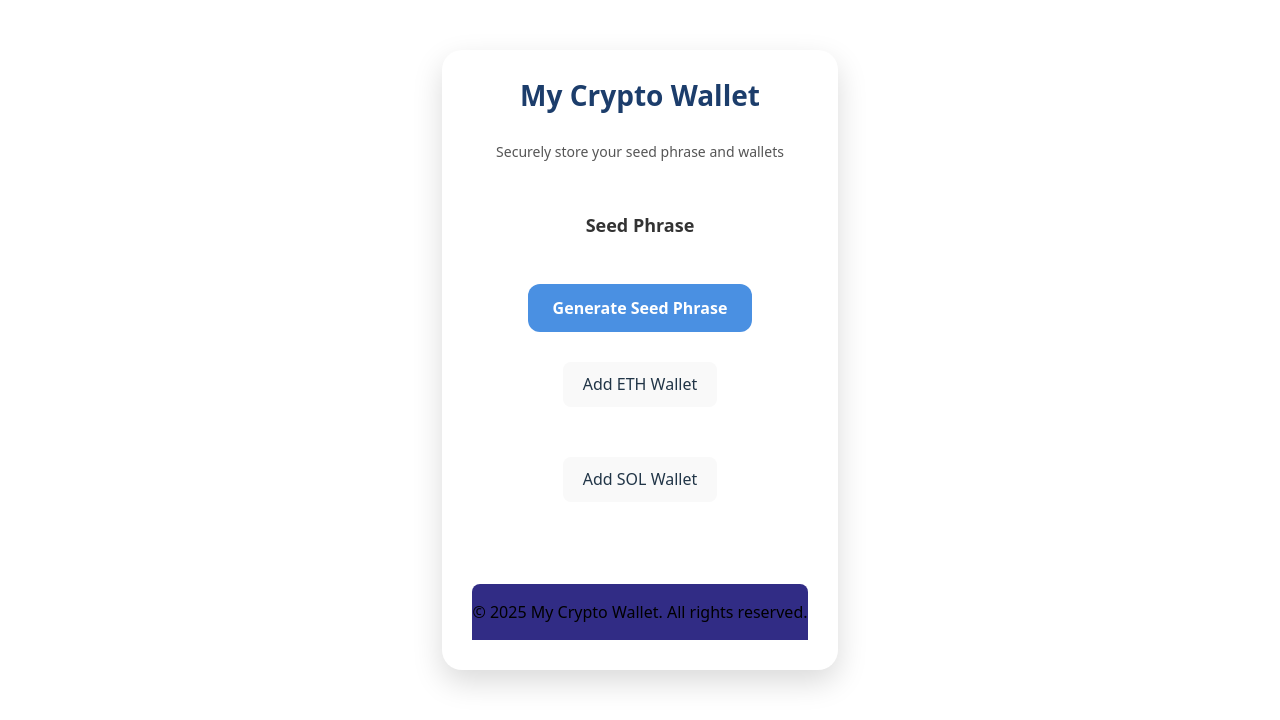
Repository: nishantsingh02/web-based-wallet-web-3
Page: /
These files come from the project's save history. The page is drawn as it stood at one moment and after the next save; the edit follows.
The browser window is 1280 px wide. The pictures show the whole page.
The project was rebuilt for these pictures with package versions that can differ from the ones it lists, and the page was loaded fresh each time. Also part of the build but not shown: vite.config.ts.

Above is the page before, as saved 2025-10-07 02:12:27.

### index.html
<!doctype html>
<html lang="en">
  <head>
    <meta charset="UTF-8" />
    <link rel="icon" type="image/svg+xml" href="/vite.svg" />
    <meta name="viewport" content="width=device-width, initial-scale=1.0" />
    <title>web-wallet</title>
  </head>
  <body>
    <div id="root"></div>
    <script type="module" src="/src/main.tsx"></script>
  </body>
</html>

### src/App.tsx
import { useState } from "react";
import { generateMnemonic } from "bip39";

import "./App.css";
import ETH_wallet from "./components/ETH_wallet";
import SOL_wallet from "./components/SOL_wallet";

function App() {
  const [mnemonic, setMnemonic] = useState(() => {
    return localStorage.getItem("mnemonic") || "";
  });

  // const [mnemonic, setMnemonic] = useState("");

  const words = mnemonic ? mnemonic.split(" ") : [];

  // this function make sure that we dont genrate differnt seeds multiple time
  const handleGenrate = () => {
    const mn = generateMnemonic();
    setMnemonic(mn);
    localStorage.setItem("mnemonic", mn);
  };

  return (
    <div className="">
      <div className="wallet-card">
        {/* Header */}
        <h1 className="wallet-title">My Crypto Wallet</h1>
        <p className="wallet-subtitle">
          Securely store your seed phrase and wallets
        </p>

        {/* Seed Phrase Section */}
        <div className="seed-section">
          <h2 className="section-title">Seed Phrase</h2>
          <div className="mnemonic-container">
            {words.map((word, index) => (
              <div key={index} className="mnemonic-box">
                {word}
              </div>
            ))}
          </div>
          <button
            className="generate-btn"
            onClick={handleGenrate}
            disabled={!!mnemonic}
          >
            {mnemonic ? "Seed Phrase Generated" : "Generate Seed Phrase"}
          </button>
        </div>

        {/* ETH Wallet Section */}
        <ETH_wallet mnemonic={mnemonic} />

        {/* SOL Wallet Section */}
        <SOL_wallet mnemonic={mnemonic} />
      <div className="w-full bg-indigo-900 text-black text-center py-4 mt-8 rounded-t-lg">
  <p className="text-sm sm:text-base">© 2025 My Crypto Wallet. All rights reserved.</p>
</div>

      </div>



    </div>
  );
}

export default App;

### src/App.css
@import "tailwindcss";

#root {
  max-width: 1280px;
  margin: 0 auto;
  padding: 2rem;
  text-align: center;
}

/* App container */
.app-container {
  min-height: 100vh;
  display: flex;
  justify-content: center;
  align-items: flex-start;
  background-color: #f0f2f5;
  padding: 40px;
  font-family: 'Segoe UI', Tahoma, Geneva, Verdana, sans-serif;
}

/* Wallet Card */
.wallet-card {
  background-color: #ffffff;
  padding: 30px;
  border-radius: 20px;
  box-shadow: 0 12px 30px rgba(0,0,0,0.15);
  max-width: 800px;
  width: 100%;
  display: flex;
  flex-direction: column;
  gap: 30px;
}

/* Titles */
.wallet-title {
  text-align: center;
  font-size: 28px;
  font-weight: bold;
  color: #1c3d6b;
}

.wallet-subtitle {
  text-align: center;
  font-size: 14px;
  color: #555;
  margin-bottom: 20px;
}

/* Seed Phrase */
.seed-section {
  display: flex;
  flex-direction: column;
  align-items: center;
  gap: 15px;
}

.section-title {
  font-size: 18px;
  font-weight: 600;
  color: #333;
}

.mnemonic-container {
  display: flex;
  flex-wrap: wrap;
  justify-content: center;
  gap: 10px;
}

.mnemonic-box {
  background-color: #e0f0ff;
  padding: 10px 15px;
  border-radius: 8px;
  font-weight: 600;
  color: #1a1a1a;
  box-shadow: 0 3px 6px rgba(0,0,0,0.1);
  transition: transform 0.2s, box-shadow 0.2s;
  cursor: default;
}

.mnemonic-box:hover {
  transform: translateY(-3px);
  box-shadow: 0 6px 12px rgba(0,0,0,0.15);
}

/* Button */
.generate-btn {
  margin-top: 15px;
  padding: 12px 25px;
  background-color: #4a90e2;
  color: #fff;
  border: none;
  border-radius: 12px;
  font-weight: bold;
  cursor: pointer;
  transition: background-color 0.3s, transform 0.2s;
}

.generate-btn:hover {
  background-color: #1c6ed0;
  transform: translateY(-2px);
}

.generate-btn:disabled {
  background-color: #a5b4fc; /* Indigo-300 */
  cursor: not-allowed;
}

.addresses-container {
  display: flex;
  flex-wrap: wrap;
  gap: 15px;
  justify-content: center;
  margin-top: 20px;
}

.address-card {
  padding: 12px 20px;
  border-radius: 12px;
  border: 2px solid #4a90e2;
  background: linear-gradient(135deg, #e0f0ff, #c0e0ff);
  color: #1a1a1a;
  font-weight: 600;
  min-width: 250px;
  text-align: center;
  box-shadow: 0 4px 10px rgba(0, 0, 0, 0.1);
  cursor: pointer;

  /* animation */
  transform: translateY(-20px);
  opacity: 0;
  animation: slideIn 0.5s forwards;
  animation-delay: calc(var(--idx) * 0.1s); /* stagger effect */
}

.address-card:hover {
  background: linear-gradient(135deg, #4a90e2, #1c6ed0);
  color: white;
  transform: scale(1.05);
  transition: all 0.3s ease;
}

.balance {
  font-weight: 700;
  color: #0d47a1;
}

/* slide-in animation */
@keyframes slideIn {
  to {
    transform: translateY(0);
    opacity: 1;
  }
}


.container {
  text-align: center;
  margin-top: 40px;
}

.mnemonic-boxes {
  display: flex;
  flex-wrap: wrap;
  justify-content: center;
  gap: 10px;
  margin: 20px 0;
}

.word-box {
  padding: 10px 14px;
  border: 2px solid #4a90e2;
  border-radius: 10px;
  font-weight: 600;
  background-color: #f5f8ff;
  color: #333;
  transition: 0.2s;
}

.word-box:hover {
  background-color: #4a90e2;
  color: white;
}


.logo {
  height: 6em;
  padding: 1.5em;
  will-change: filter;
  transition: filter 300ms;
}
.logo:hover {
  filter: drop-shadow(0 0 2em #646cffaa);
}
.logo.react:hover {
  filter: drop-shadow(0 0 2em #61dafbaa);
}

@keyframes logo-spin {
  from {
    transform: rotate(0deg);
  }
  to {
    transform: rotate(360deg);
  }
}

@media (prefers-reduced-motion: no-preference) {
  a:nth-of-type(2) .logo {
    animation: logo-spin infinite 20s linear;
  }
}

.card {
  padding: 2em;
}

.read-the-docs {
  color: #888;
}

### src/components/ETH_wallet.tsx
import { mnemonicToSeed } from "bip39";
import { Wallet, HDNodeWallet } from "ethers";
import { useState } from "react";

interface ETHWalletProps {
    mnemonic: string
}

function ETH_wallet({ mnemonic }: ETHWalletProps) {
  const [currentIndex, setCurrentIndex] = useState(0);
  const [addresses, setAddresses] = useState<string[]>([]);

  return (
    <div>
      <button
        onClick={async () => {
          const seed = await mnemonicToSeed(mnemonic); // convert words → seed bytes
          const derivationPath = `m/44'/60'/${currentIndex}/0`;
          const hdNode = HDNodeWallet.fromSeed(seed); // create master wallet
          const child = hdNode.derivePath(derivationPath); // specific account
          const privateKey: string = child.privateKey;
          const wallet = new Wallet(privateKey);
          setCurrentIndex(currentIndex + 1);
          setAddresses([...addresses, wallet.address]);
        }}
      >
        Add ETH Wallet
      </button>

        {/* render the public keys keys  */}
      <div className="addresses-container">
        {addresses.map((addr, idx) => (
          <div key={idx} className="address-card">
            <span>Account {idx + 1} - {addr}</span>

          </div>
        ))}
      </div>

    </div>
  );
}

export default ETH_wallet;

### src/components/SOL_wallet.tsx
import { useState } from "react";
import { mnemonicToSeed } from "bip39";
import { derivePath } from "ed25519-hd-key";
import nacl from "tweetnacl";
import { Keypair, PublicKey } from "@solana/web3.js";

interface SOLWalletProps {
  mnemonic: string;
}

function SOL_wallet({ mnemonic }: SOLWalletProps) {
  const [currentIndex, setCurrentIndex] = useState(0);
  const [publicKeys, setPublicKeys] = useState<PublicKey[]>([]);

  return (
    <div>
      <button
        onClick={async () => {
          const seed = await mnemonicToSeed(mnemonic);
          const path = `m/44'/501'/${currentIndex}'`;
          const derivedSeed = derivePath(path, seed.toString("hex")).key;
          console.log(derivedSeed);
          const secret = nacl.sign.keyPair.fromSeed(derivedSeed).secretKey; // genrate the public and private key pair where we only select .secretKey that is a private key
          const keypair = Keypair.fromSecretKey(secret); // this can genrate kepair object that contain .publicKey and .secretkey
          setCurrentIndex(currentIndex + 1);
          setPublicKeys([...publicKeys, keypair.publicKey]);
        }}
      >
        Add SOL Wallet
      </button>

         {/* render the public keys keys  */}
      <div className="addresses-container" >
        {publicKeys.map((p, idx) => (
          <div key ={idx} className="address-card" >Account {idx + 1} - {p.toBase58()}</div>
        ))}
      </div>
    </div>
  );
}

export default SOL_wallet;

Loaded but not shown: src/main.tsx (common file); src/index.css (common file)

After the next save:
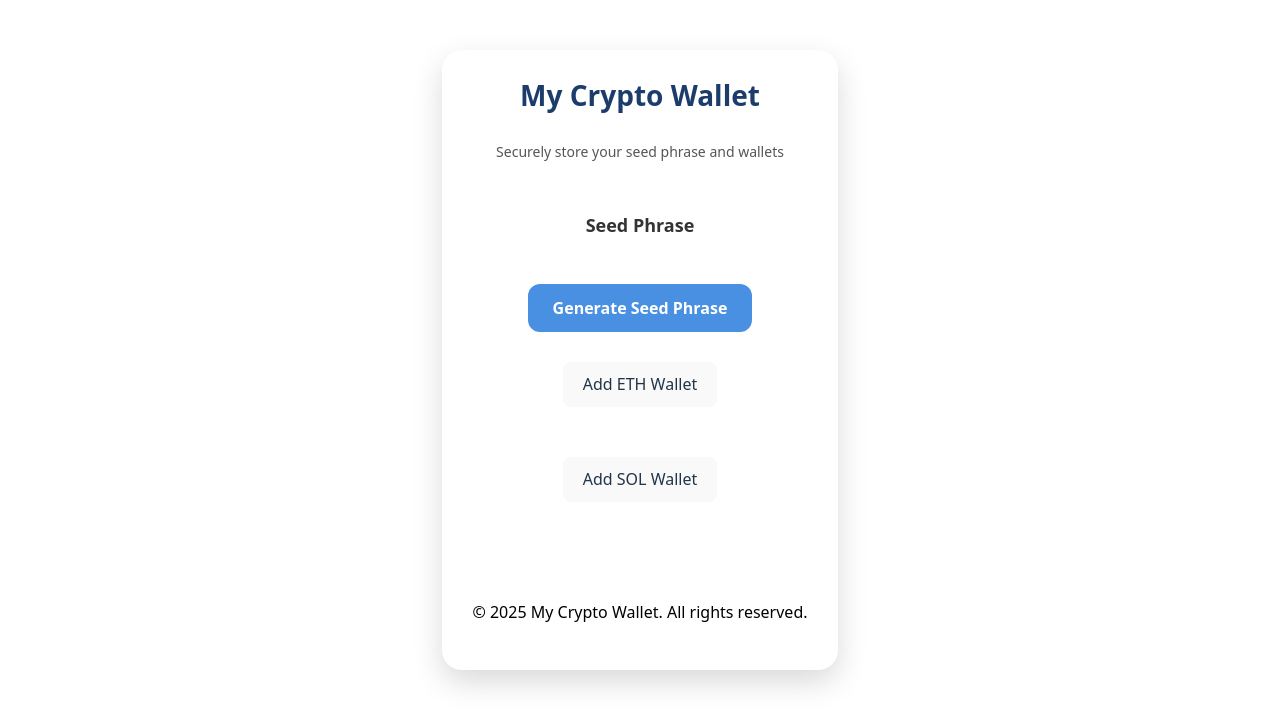
Saved 6 s later.
--- a/src/App.tsx
+++ b/src/App.tsx
@@ -54,7 +54,7 @@ function App() {
 
         {/* SOL Wallet Section */}
         <SOL_wallet mnemonic={mnemonic} />
-      <div className="w-full bg-indigo-900 text-black text-center py-4 mt-8 rounded-t-lg">
+      <div className="w-full text-black text-center py-4 mt-8 rounded-t-lg">
   <p className="text-sm sm:text-base">© 2025 My Crypto Wallet. All rights reserved.</p>
 </div>
 
